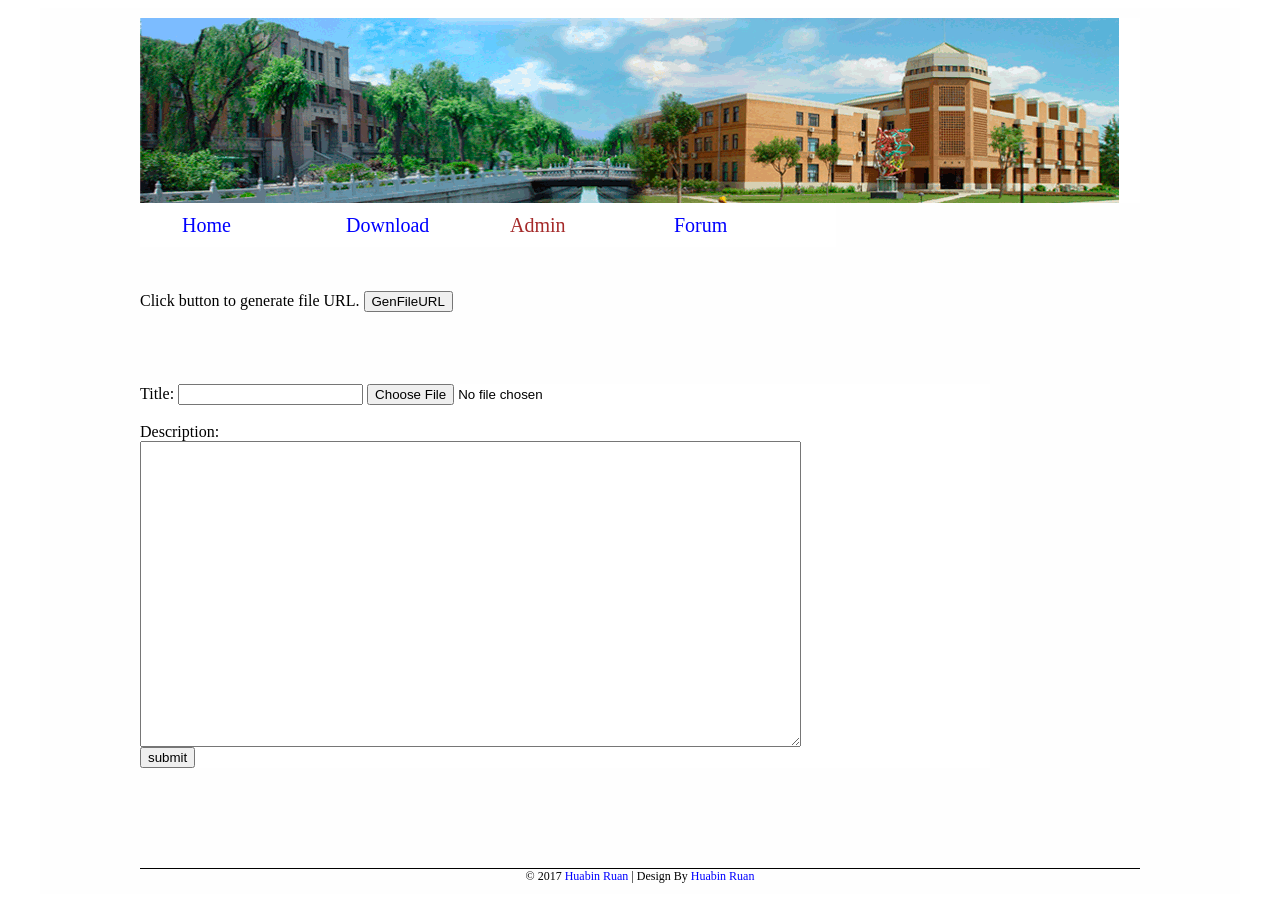
Repository: ruanhuabin/LifeSoftwareWebSite
Page: http://localhost/CryoEM/admin.jsp
The author's editor kept a copy of each file at every save. The page is drawn from the files as they stood at one save, then again after a run of saves.
The browser window is 1280 px wide. The pictures show the whole page.
The page is served by Tomcat 9. Nobody is signed in. The application's start-up code is not run.

Above is the page before, as saved 2017-08-11 06:19:45.

After the next 2 saves:
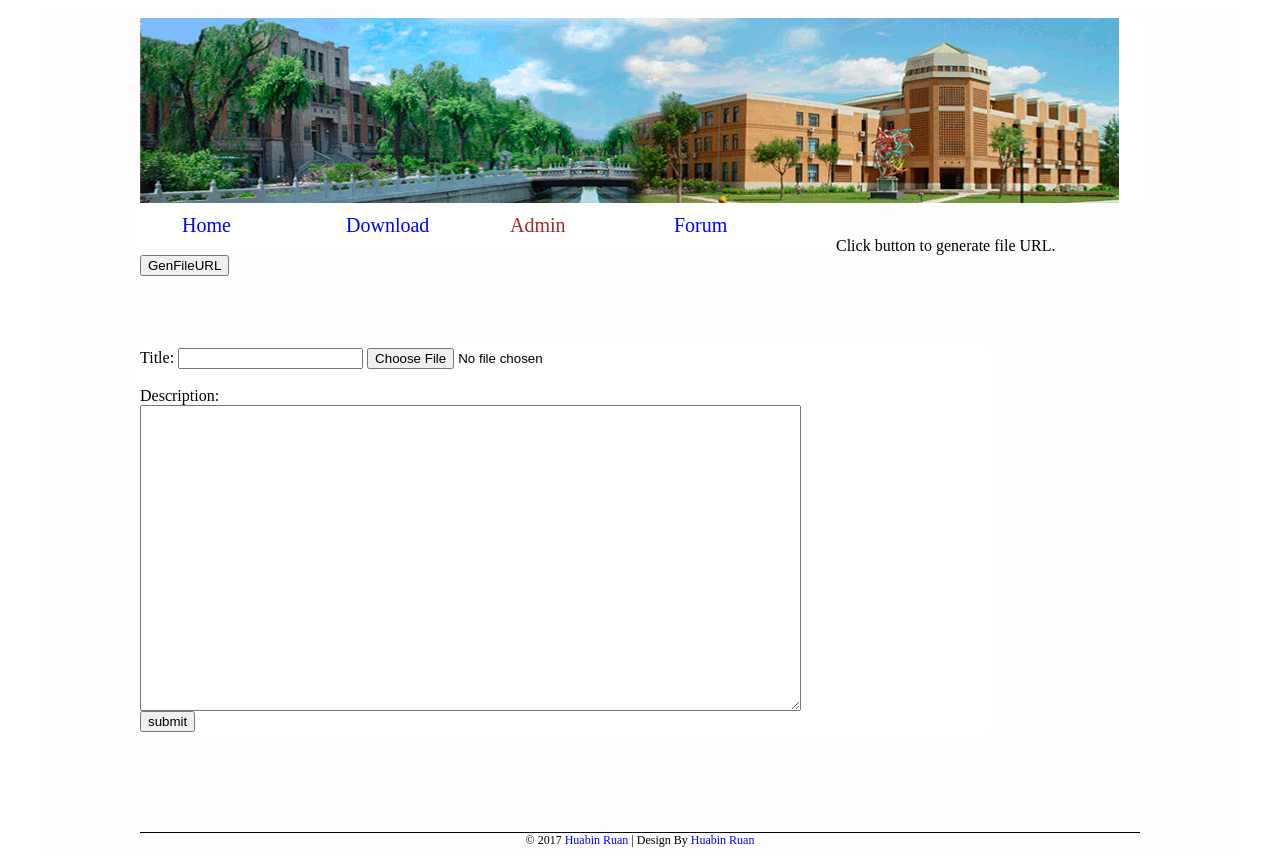
The 2 saves are shown as one change because they came seconds apart.
The last was saved 15 s later.
--- a/CryoEM/WebRoot/admin.jsp
+++ b/CryoEM/WebRoot/admin.jsp
@@ -90,24 +90,6 @@ String basePath = request.getScheme()+"://"+request.getServerName()+":"+request.
 </script>
 
 <br/>
-<br/>
-<br/>
-<br/>
-<%-- <div class="form-div">
- <form action="post/Admin_uploadUserFile.action" enctype="multipart/form-data" method="post" target="nm_iframe">
-
-      <input type="file" name="userFile" />
-      <input type="submit" id="id_submit" name="nm_submit" value="提交" />
-  </form>
-  <iframe id="id_iframe" name="nm_iframe" style="display:none;"></iframe>
-
-  <br />
-  <br />
-  Download URL: <s:property value="#session.user_file_URL"/>
-
-</div>  --%>
-
-
 
 <p>Click button to generate file URL. <button onclick="myFunction()">GenFileURL</button></p>
 
